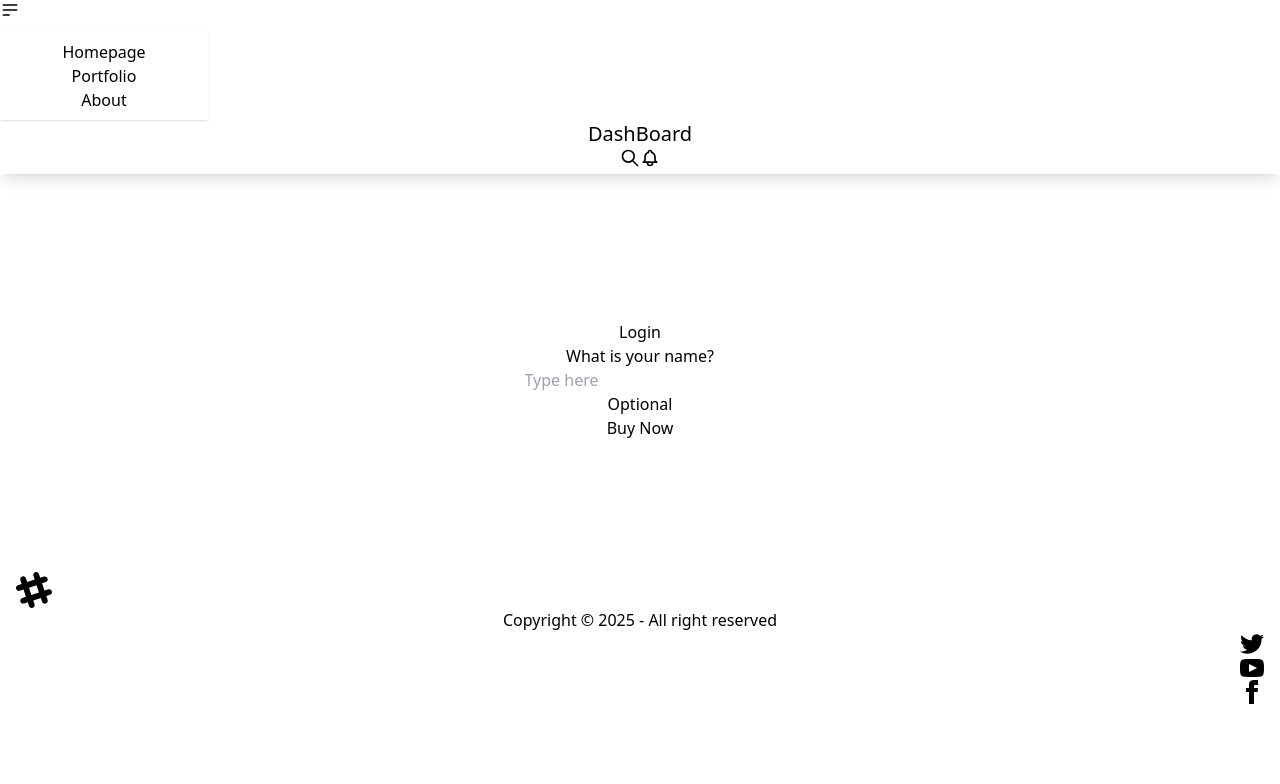
Repository: ROHIT8804/devTinderFrontEnd
Page: /login (app in devTinder-Web/)
The author's editor kept a copy of each file at every save. The page is drawn from the files as they stood at one save, then again after the next save.
The browser window is 1280 px wide. The pictures show the whole page.
The project was rebuilt for these pictures with package versions that can differ from the ones it lists, and the page was loaded fresh each time. Also part of the build but not shown: devTinder-Web/vite.config.js, devTinder-Web/src/Profile.jsx.

Above is the page before, as saved 2025-07-26 16:52:40.

### devTinder-Web/src/App.jsx
import { useState } from "react";
import "./App.css";
import { Routes } from "react-router-dom";
import { BrowserRouter, Route } from "react-router-dom";
import Body from "./Body";
import Login from "./Login";
import Profile from "./Profile";

function App() {
  const [count, setCount] = useState(0);

  return (
    <>
      <BrowserRouter>
        <Routes>
          <Route path="/" element={<Body />} >
            <Route path="/login" element={<Login />} />
            <Route path="/profile" element={<Profile />} />
          </Route>
        </Routes>
      </BrowserRouter>
    </>
  );
}

export default App;

### devTinder-Web/src/Body.jsx
import { Outlet } from "react-router-dom";
import Nav from "./Nav";
import Footer from "./Footer";

function Body() {
  return (
    <div className="relative min-h-screen ">
      {/* Fixed Navbar */}
      <div className="fixed top-0 left-0 w-full z-50">
        <Nav />
      </div>
      {/* Main Content */}
      <div className="flex flex-col items-center justify-center pt-[3.5rem] pb-[5rem] min-h-screen">
        <Outlet />
      </div>
      {/* Fixed Footer */}
      <div className="fixed bottom-0 left-0 w-full z-50">
        <Footer />
      </div>
    </div>
  );
}

export default Body;

### devTinder-Web/src/Login.jsx
function Login() {
  return (
    <div className="card card-border bg-base-100 w-96">
      <div className="card-body">
        <h2 className="card-title">Login</h2>
        <div>
          <fieldset className="fieldset">
            <legend className="fieldset-legend">What is your name?</legend>
            <input type="text" className="input" placeholder="Type here" />
            <p className="label">Optional</p>
          </fieldset>
        </div>
        <div className="card-actions justify-end">
          <button className="btn btn-primary">Buy Now</button>
        </div>
      </div>
    </div>
  );
}

export default Login;

### devTinder-Web/src/Nav.jsx


function Nav() {
   return (
    <>
    {/* Navigation Bar */}
      <div className="navbar bg-base-100 shadow-lg">
        <div className="navbar-start">
          <div className="dropdown">
            <div
              tabIndex={0}
              role="button"
              className="btn btn-ghost btn-circle"
            >
              <svg
                xmlns="http://www.w3.org/2000/svg"
                className="h-5 w-5"
                fill="none"
                viewBox="0 0 24 24"
                stroke="currentColor"
              >
                <path
                  strokeLinecap="round"
                  strokeLinejoin="round"
                  strokeWidth="2"
                  d="M4 6h16M4 12h16M4 18h7"
                />
              </svg>
            </div>
            <ul
              tabIndex={0}
              className="menu menu-sm dropdown-content bg-base-100 rounded-box z-[1] mt-3 w-52 p-2 shadow"
            >
              <li>
                <a>Homepage</a>
              </li>
              <li>
                <a>Portfolio</a>
              </li>
              <li>
                <a>About</a>
              </li>
            </ul>
          </div>
        </div>

        <div className="navbar-center">
          <a className="btn btn-ghost text-xl">DashBoard</a>
        </div>

        <div className="navbar-end">
          <button className="btn btn-ghost btn-circle">
            <svg
              xmlns="http://www.w3.org/2000/svg"
              className="h-5 w-5"
              fill="none"
              viewBox="0 0 24 24"
              stroke="currentColor"
            >
              <path
                strokeLinecap="round"
                strokeLinejoin="round"
                strokeWidth="2"
                d="M21 21l-6-6m2-5a7 7 0 11-14 0 7 7 0 0114 0z"
              />
            </svg>
          </button>

          <button className="btn btn-ghost btn-circle">
            <div className="indicator">
              <svg
                xmlns="http://www.w3.org/2000/svg"
                className="h-5 w-5"
                fill="none"
                viewBox="0 0 24 24"
                stroke="currentColor"
              >
                <path
                  strokeLinecap="round"
                  strokeLinejoin="round"
                  strokeWidth="2"
                  d="M15 17h5l-1.405-1.405A2.032 2.032 0 0118 14.158V11a6.002 6.002 0 00-4-5.659V5a2 2 0 10-4 0v.341C7.67 6.165 6 8.388 6 11v3.159c0 .538-.214 1.055-.595 1.436L4 17h5m6 0v1a3 3 0 11-6 0v-1m6 0H9"
                />
              </svg>
              <span className="badge badge-xs badge-primary indicator-item"></span>
            </div>
          </button>
        </div>
      </div>
    </>

   );
 }

 export default Nav;

### devTinder-Web/src/Footer.jsx
function Footer() {
  return (
    <div>
        {/* Footer */}
      <footer className="footer sm:footer-horizontal bg-neutral text-neutral-content items-center p-4">
        <aside className="grid-flow-col items-center">
          <svg
            width="36"
            height="36"
            viewBox="0 0 24 24"
            xmlns="http://www.w3.org/2000/svg"
            fillRule="evenodd"
            clipRule="evenodd"
            className="fill-current">
            <path
              d="M22.672 15.226l-2.432.811.841 2.515c.33 1.019-.209 2.127-1.23 2.456-1.15.325-2.148-.321-2.463-1.226l-.84-2.518-5.013 1.677.84 2.517c.391 1.203-.434 2.542-1.831 2.542-.88 0-1.601-.564-1.86-1.314l-.842-2.516-2.431.809c-1.135.328-2.145-.317-2.463-1.229-.329-1.018.211-2.127 1.231-2.456l2.432-.809-1.621-4.823-2.432.808c-1.355.384-2.558-.59-2.558-1.839 0-.817.509-1.582 1.327-1.846l2.433-.809-.842-2.515c-.33-1.02.211-2.129 1.232-2.458 1.02-.329 2.13.209 2.461 1.229l.842 2.515 5.011-1.677-.839-2.517c-.403-1.238.484-2.553 1.843-2.553.819 0 1.585.509 1.85 1.326l.841 2.517 2.431-.81c1.02-.33 2.131.211 2.461 1.229.332 1.018-.21 2.126-1.23 2.456l-2.433.809 1.622 4.823 2.433-.809c1.242-.401 2.557.484 2.557 1.838 0 .819-.51 1.583-1.328 1.847m-8.992-6.428l-5.01 1.675 1.619 4.828 5.011-1.674-1.62-4.829z"></path>
          </svg>
          <p>Copyright © {new Date().getFullYear()} - All right reserved</p>
        </aside>
        <nav className="grid-flow-col gap-4 md:place-self-center md:justify-self-end">
          <a>
            <svg
              xmlns="http://www.w3.org/2000/svg"
              width="24"
              height="24"
              viewBox="0 0 24 24"
              className="fill-current">
              <path
                d="M24 4.557c-.883.392-1.832.656-2.828.775 1.017-.609 1.798-1.574 2.165-2.724-.951.564-2.005.974-3.127 1.195-.897-.957-2.178-1.555-3.594-1.555-3.179 0-5.515 2.966-4.797 6.045-4.091-.205-7.719-2.165-10.148-5.144-1.29 2.213-.669 5.108 1.523 6.574-.806-.026-1.566-.247-2.229-.616-.054 2.281 1.581 4.415 3.949 4.89-.693.188-1.452.232-2.224.084.626 1.956 2.444 3.379 4.6 3.419-2.07 1.623-4.678 2.348-7.29 2.04 2.179 1.397 4.768 2.212 7.548 2.212 9.142 0 14.307-7.721 13.995-14.646.962-.695 1.797-1.562 2.457-2.549z"></path>
            </svg>
          </a>
          <a>
            <svg
              xmlns="http://www.w3.org/2000/svg"
              width="24"
              height="24"
              viewBox="0 0 24 24"
              className="fill-current">
              <path
                d="M19.615 3.184c-3.604-.246-11.631-.245-15.23 0-3.897.266-4.356 2.62-4.385 8.816.029 6.185.484 8.549 4.385 8.816 3.6.245 11.626.246 15.23 0 3.897-.266 4.356-2.62 4.385-8.816-.029-6.185-.484-8.549-4.385-8.816zm-10.615 12.816v-8l8 3.993-8 4.007z"></path>
            </svg>
          </a>
          <a>
            <svg
              xmlns="http://www.w3.org/2000/svg"
              width="24"
              height="24"
              viewBox="0 0 24 24"
              className="fill-current">
              <path
                d="M9 8h-3v4h3v12h5v-12h3.642l.358-4h-4v-1.667c0-.955.192-1.333 1.115-1.333h2.885v-5h-3.808c-3.596 0-5.192 1.583-5.192 4.615v3.385z"></path>
            </svg>
          </a>
        </nav>
      </footer>
    </div>
  )
}

export default Footer;

### devTinder-Web/tailwind.config.js
/** @type {import('tailwindcss').Config} */
export default {
  content: [
    "./index.html",
    "./src/**/*.{js,ts,jsx,tsx}",
  ],
  theme: {
    extend: {},
  },
  plugins: [require("daisyui")],
  daisyui: {
    themes: ["light", "dark", "cupcake"],
    darkTheme: "light", // Set this to "light" for light theme default
    base: true,
    styled: true,
    utils: true,
  },
}

Loaded but not shown: devTinder-Web/index.html (common file); devTinder-Web/src/main.jsx (common file); devTinder-Web/src/index.css (common file); devTinder-Web/src/App.css (common file)

After the next save:
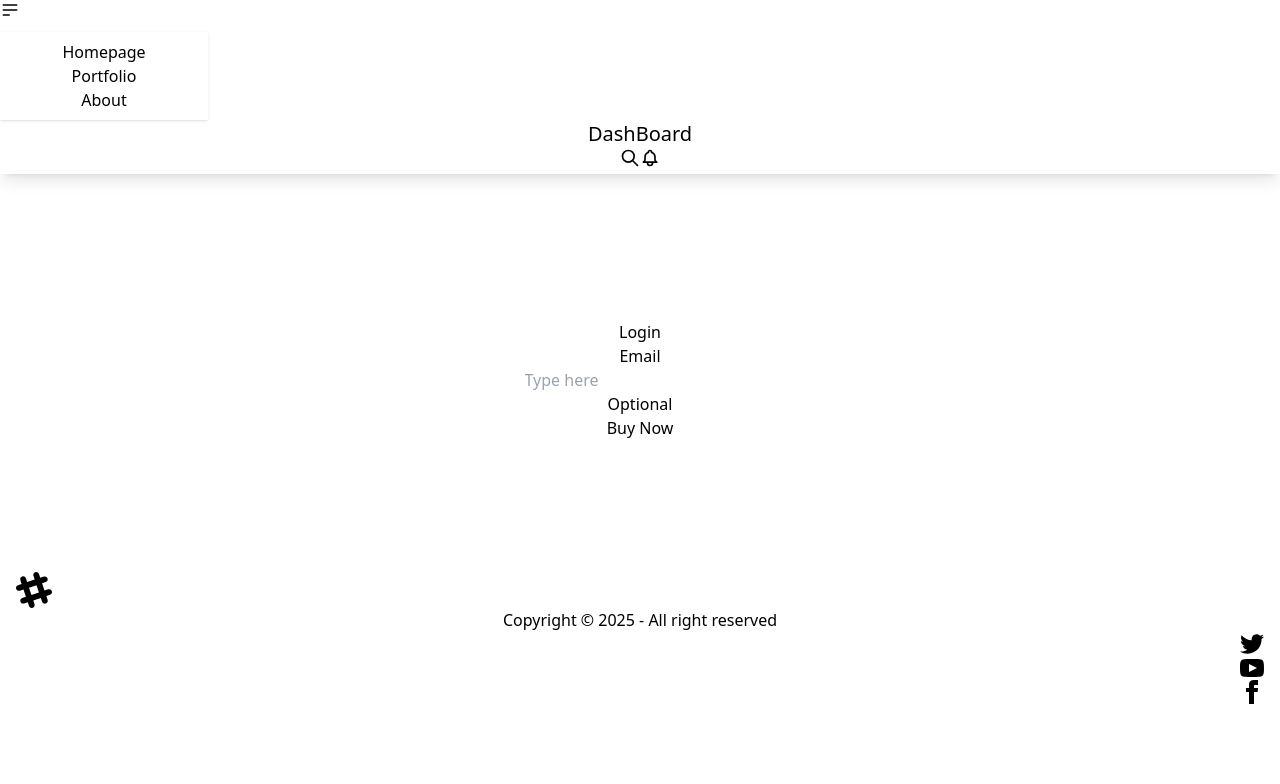
Saved 25 s later.
--- a/devTinder-Web/src/Login.jsx
+++ b/devTinder-Web/src/Login.jsx
@@ -3,13 +3,11 @@ function Login() {
     <div className="card card-border bg-base-100 w-96">
       <div className="card-body">
         <h2 className="card-title">Login</h2>
-        <div>
           <fieldset className="fieldset">
-            <legend className="fieldset-legend">What is your name?</legend>
+            <legend className="fieldset-legend">Email</legend>
             <input type="text" className="input" placeholder="Type here" />
             <p className="label">Optional</p>
           </fieldset>
-        </div>
         <div className="card-actions justify-end">
           <button className="btn btn-primary">Buy Now</button>
         </div>
